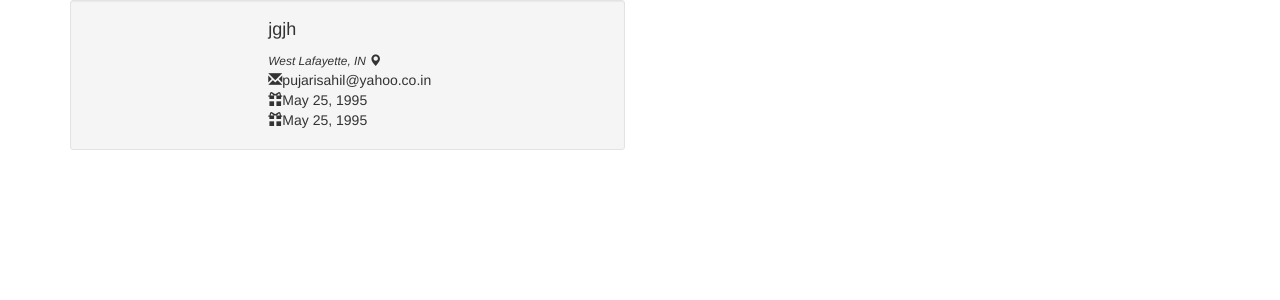
Repository: pujarisahil/Shinsa
Page: http://localhost/auth/facebook
The author's editor kept a record of every edit. The page is drawn from the files as they stood at one moment, then again after the next edit.
The browser window is 1280 px wide. The pictures show the whole page.
Some web libraries are served in a nearby version. The page is served by the project's Node server (app.js).

Above is the page before.
Console error: ReferenceError: myFunction is not defined

### updated webapp/views/profile.ejs
<!DOCTYPE html>
<html>
<head>
	<link rel="stylesheet" href="https://maxcdn.bootstrapcdn.com/bootstrap/3.3.6/css/bootstrap.min.css" integrity="sha384-1q8mTJOASx8j1Au+a5WDVnPi2lkFfwwEAa8hDDdjZlpLegxhjVME1fgjWPGmkzs7" crossorigin="anonymous">
	<link rel="stylesheet" href="https://maxcdn.bootstrapcdn.com/font-awesome/4.5.0/css/font-awesome.min.css">
</head>
<body onload="myFunction()" >
	<script>
		(function(d, s, id){
			var js, fjs = d.getElementsByTagName(s)[0];
			if (d.getElementById(id)) {return;}
			js = d.createElement(s); js.id = id;
			js.src="https://connect.facebook.net/en_US/all.js";
			fjs.parentNode.insertBefore(js, fjs);
		}(document, 'script', 'facebook-jssdk'));

		window.fbAsyncInit = function() {
			FB.init({
				appId      : '611923268955973',
				xfbml      : true,
				version    : 'v2.5'
			});
		};

		function login() {
			FB.login(function(response) {
				// document.getElementById("nameFunction").innerHTML = localStorage.getItem("UserName");
				if(response.status === 'connected') {
					console.log("something");
					getInfo();
					document.getElementById('status').innerHTML = "I was called";
				} else if(response.stats === 'not_authorized') {
					console.log("something");
					document.getElementById('status').innerHTML = 'Not logged in';
				} else {
					console.log("something");
					document.getElementById('status').innerHTML = 'Not logged in';
				}
			}, {scope: 'email, public_profile'});
		}

		function myfunction() {
			console.log("I was run");
		}

		function getInfo() {
			FB.api('/me', 'GET', {fields: 'first_name, last_name, name, id'}, function(response) {
				// document.getElementById('status').innerHTML = response.name;
				document.getElementById('nameFunction').innerHTML = "WTF BRO";
				document.getElementById("nameFunction").innerHTML = localStorage.getItem("UserName");
			});
		}

	</script>

	<div id="status">
	</div>
	<div class="container">
		<div class="row">
			<div class="col-xs-12 col-sm-6 col-md-6">
				<div class="well well-sm">
					<div class="row">
						<div class="col-sm-6 col-md-4">
						</div>
						<div class="col-sm-6 col-md-8">
							<h4 id="nameFunction">jgjh</h4>
							<small><cite title="San Francisco, USA">West Lafayette, IN <i class="glyphicon glyphicon-map-marker">
							</i></cite></small>
							<p>
								<i class="glyphicon glyphicon-envelope"></i>pujarisahil@yahoo.co.in
								<br />
								<i class="glyphicon glyphicon-gift"></i>May 25, 1995
								<br />
								<i class="glyphicon glyphicon-gift"></i>May 25, 1995</p>
							</div>
						</div>
					</div>
				</div>
			</div>
		</div>
	</body>
	</html>

### updated webapp/app.js
var express = require("express");
var app = express();

app.set("view engine", "ejs");

app.get("/", function(req, res) {
    res.render("landing");
});

app.get("/register", function(req, res) {
  res.render("register");
});

app.post("/register", function(req, res){
    res.send("Congratulations, you played yourself");
});

app.post("/login", function(req, res){
    res.send("Congratulations, you played yourself");
});

app.get("/auth/facebook", function(req, res){
  res.render("profile");
});

app.get("/login", function(req, res) {
  res.render("login");
});

app.listen(process.env.PORT, process.env.IP, function() {
    console.log("It has started bro");
});

After the next edit:
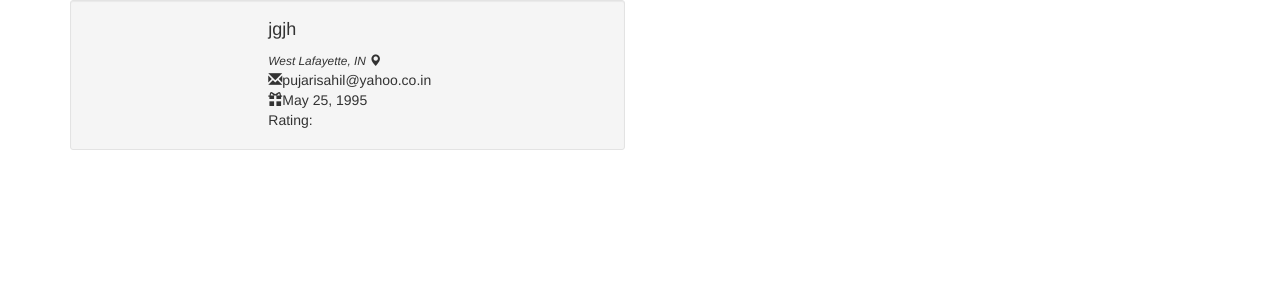
The edit:
--- a/updated webapp/views/profile.ejs
+++ b/updated webapp/views/profile.ejs
@@ -71,7 +71,7 @@
 								<br />
 								<i class="glyphicon glyphicon-gift"></i>May 25, 1995
 								<br />
-								<i class="glyphicon glyphicon-gift"></i>May 25, 1995</p>
+								</i>Rating: </p>
 							</div>
 						</div>
 					</div>
